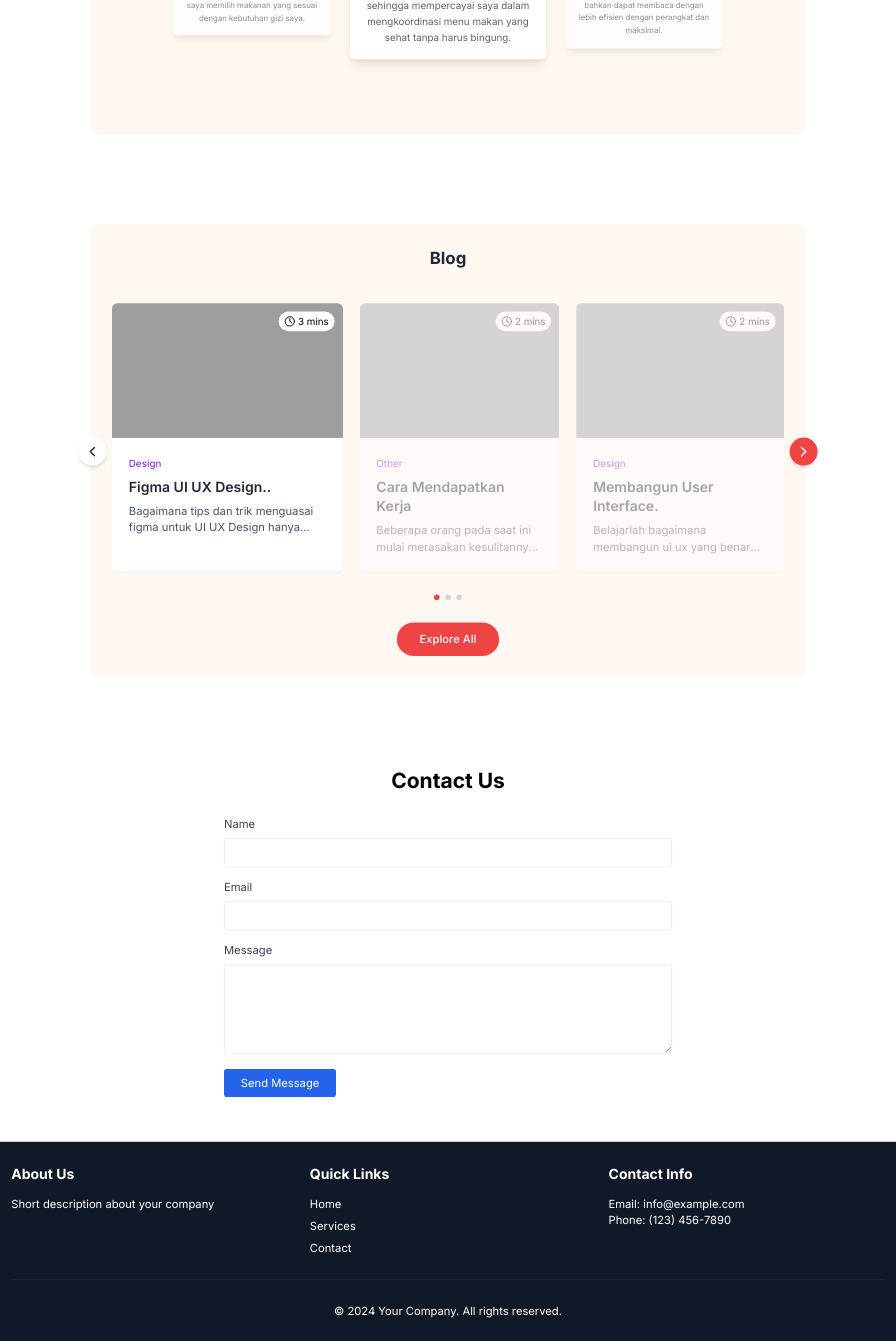
Repository: kalorizeofficial/new-main-web-kalorize
Page: /
The author's editor kept a copy of each file at every save. The page is drawn from the files as they stood at one save, then again after the next save.
The browser window is 1280 px wide. The pictures show the part of the page from y = 923 to 2843 px (the page is 2839 px tall before and 2843 px after), at 70% of full size.
Pictures or frames that could not be fetched are drawn as grey boxes. The project was rebuilt for these pictures with package versions that can differ from the ones it lists, and the page was loaded fresh each time.

Above is the page before, as saved 2025-02-23 15:27:16.

### src/index.css
@import url("https://fonts.googleapis.com/css2?family=Inter:wght@100;200;300;400;500;600;700;800;900&display=swap");
@tailwind base;
@tailwind components;
@tailwind utilities;

### src/App.jsx
import Navbar from "./components/layout/Navbar";
import Partner from "./pages/partner";
import Testimoni from "./pages/testimoni";
import Blog from "./pages/blog";
import Contact from "./pages/contact";
import Footer from "./components/layout/Footer";

function App() {
  return (
    <div className="min-h-screen flex flex-col">
      <Navbar />
      <main className="flex-grow">
        <Partner />
        <Testimoni />
        <Blog />
        <Contact />
      </main>
      <Footer />
    </div>
  );
}

export default App;

### src/components/layout/Navbar.jsx

function Navbar() {
  return (
    <nav class="bg-white border-gray-200 dark:bg-gray-900">
    <div class="max-w-screen-xl flex flex-wrap items-center justify-between mx-auto p-4">
        <a href="https://flowbite.com/" class="flex items-center space-x-3 rtl:space-x-reverse">
            <img src="https://flowbite.com/docs/images/logo.svg" class="h-8" alt="Flowbite Logo" />
            <span class="self-center text-2xl font-semibold whitespace-nowrap dark:text-white">Flowbite</span>
        </a>
        <button data-collapse-toggle="navbar-default" type="button" class="inline-flex items-center p-2 w-10 h-10 justify-center text-sm text-gray-500 rounded-lg md:hidden hover:bg-gray-100 focus:outline-none focus:ring-2 focus:ring-gray-200 dark:text-gray-400 dark:hover:bg-gray-700 dark:focus:ring-gray-600" aria-controls="navbar-default" aria-expanded="false">
            <span class="sr-only">Open main menu</span>
            <svg class="w-5 h-5" aria-hidden="true" xmlns="http://www.w3.org/2000/svg" fill="none" viewBox="0 0 17 14">
                <path stroke="currentColor" stroke-linecap="round" stroke-linejoin="round" stroke-width="2" d="M1 1h15M1 7h15M1 13h15"/>
            </svg>
        </button>
        <div class="hidden w-full md:block md:w-auto" id="navbar-default">
        <ul class="font-medium flex flex-col p-4 md:p-0 mt-4 border border-gray-100 rounded-lg bg-gray-50 md:flex-row md:space-x-8 rtl:space-x-reverse md:mt-0 md:border-0 md:bg-white dark:bg-gray-800 md:dark:bg-gray-900 dark:border-gray-700">
            <li>
            <a href="#" class="block py-2 px-3 text-white bg-blue-700 rounded-sm md:bg-transparent md:text-blue-700 md:p-0 dark:text-white md:dark:text-blue-500" aria-current="page">Home</a>
            </li>
            <li>
            <a href="#" class="block py-2 px-3 text-gray-900 rounded-sm hover:bg-gray-100 md:hover:bg-transparent md:border-0 md:hover:text-blue-700 md:p-0 dark:text-white md:dark:hover:text-blue-500 dark:hover:bg-gray-700 dark:hover:text-white md:dark:hover:bg-transparent">About</a>
            </li>
            <li>
            <a href="#" class="block py-2 px-3 text-gray-900 rounded-sm hover:bg-gray-100 md:hover:bg-transparent md:border-0 md:hover:text-blue-700 md:p-0 dark:text-white md:dark:hover:text-blue-500 dark:hover:bg-gray-700 dark:hover:text-white md:dark:hover:bg-transparent">Services</a>
            </li>
            <li>
            <a href="#" class="block py-2 px-3 text-gray-900 rounded-sm hover:bg-gray-100 md:hover:bg-transparent md:border-0 md:hover:text-blue-700 md:p-0 dark:text-white md:dark:hover:text-blue-500 dark:hover:bg-gray-700 dark:hover:text-white md:dark:hover:bg-transparent">Pricing</a>
            </li>
            <li>
            <a href="#" class="block py-2 px-3 text-gray-900 rounded-sm hover:bg-gray-100 md:hover:bg-transparent md:border-0 md:hover:text-blue-700 md:p-0 dark:text-white md:dark:hover:text-blue-500 dark:hover:bg-gray-700 dark:hover:text-white md:dark:hover:bg-transparent">Contact</a>
            </li>
        </ul>
        </div>
    </div>
    </nav>
  );
}

export default Navbar;

### src/pages/partner.jsx
const Partner = () => {
  const partners = [
    {
      name: "Zoom",
      logo: "/images/partners/zoom.png",
    },
    {
      name: "Adobe Creative Cloud",
      logo: "/images/partners/adobe.png",
    },
    {
      name: "Slack",
      logo: "/images/partners/slack.png",
    },
    {
      name: "Dropbox",
      logo: "/images/partners/dropbox.png",
    },
    {
      name: "Google Drive",
      logo: "/images/partners/gdrive.png",
    },
  ];

  return (
    <section className="pt-[164px] pb-20 px-4">
      <h2 className="text-[24px] font-extrabold leading-[100%] text-center text-[#565656] mb-12">
        Partner Kami
      </h2>

      <div className="max-w-8xl mx-auto">
        <div className="flex flex-wrap justify-center items-center gap-20">
          {partners.map((partner, index) => (
            <div key={index} className="relative py-4">
              <img
                src={partner.logo}
                alt={`${partner.name} logo`}
                className="w-[140px] h-[140px] min-w-full min-h-full object-contain transition-shadow duration-200 hover:shadow-xl rounded-[25px]"
              />
            </div>
          ))}
        </div>
      </div>
    </section>
  );
};

export default Partner;

### src/pages/testimoni.jsx
import React, { useState } from "react";
import { ChevronLeft, ChevronRight } from "lucide-react";

const Testimonial = () => {
  const [currentSlide, setCurrentSlide] = useState(0);

  const testimonials = [
    {
      name: "Jessica Andrew",
      role: "Wiraswasta",
      image: "/images/testerProfile/24px.png",
      content:
        "Sebagai seseorang yang sibuk, sehingga mempercayai saya dalam mengkoordinasi menu makan yang sehat tanpa harus bingung.",
    },
    {
      name: "Darlene Robertson",
      role: "Mahasiswa",
      image: "/images/testerProfile/24px.png",
      content:
        "Saya tidak pernah menyangka bisa mendapatkan sebuah yang bagus, bahkan dapat membaca dengan lebih efisien dengan perangkat dan maksimal.",
    },
    {
      name: "John Doe",
      role: "PetaniSPM",
      image: "/images/testerProfile/24px.png",
      content:
        "Kamilah benar benar membantu saya memilih makanan yang sesuai dengan kebutuhan gizi saya.",
    },
  ];

  const nextSlide = () => {
    setCurrentSlide((prev) => (prev + 1) % testimonials.length);
  };

  const prevSlide = () => {
    setCurrentSlide(
      (prev) => (prev - 1 + testimonials.length) % testimonials.length
    );
  };

  return (
    <section className="py-16 bg-white">
      <section className="max-w-5xl mx-auto bg-[#FFF7F2] rounded-2xl px-8 py-8">
        <div className="max-w-4xl mx-auto">
          <h2 className="text-[24px] font-bold text-center text-[#1F1C14] mb-0">
            Dipercaya oleh Ribuan Pelanggan di Indonesia
          </h2>

          <div className="relative">
            <button
              onClick={prevSlide}
              className="absolute -left-8 top-1/2 -translate-y-1/2 bg-[#413D66] rounded-full p-1.5 shadow-md hover:bg-opacity-90 z-20"
            >
              <ChevronLeft className="w-5 h-5 text-white" />
            </button>

            <button
              onClick={nextSlide}
              className="absolute -right-8 top-1/2 -translate-y-1/2 bg-[#413D66] rounded-full p-1.5 shadow-md hover:bg-opacity-90 z-20"
            >
              <ChevronRight className="w-5 h-5 text-white" />
            </button>

            <div className="overflow-hidden">
              <div className="flex items-center justify-center min-h-[400px]">
                <div className="flex gap-2 items-center justify-center">
                  {testimonials.map((testimonial, index) => {
                    let position = index - currentSlide;
                    if (position < 0) {
                      position += testimonials.length;
                    }

                    const isActive = index === currentSlide;
                    const isPrev = position === testimonials.length - 1;
                    const isNext = position === 1;

                    return (
                      <div
                        key={index}
                        className="absolute transition-all duration-500 w-[280px]"
                        style={{
                          transform: `translateX(${
                            position === 0
                              ? "0%"
                              : position === 1
                              ? "100%"
                              : position === testimonials.length - 1
                              ? "-100%"
                              : "200%"
                          }) scale(${isActive ? 1 : 0.8})`,
                          opacity: isActive ? 1 : isPrev || isNext ? 0.7 : 0,
                          zIndex: isActive ? 10 : 0,
                        }}
                      >
                        <div className="bg-white rounded-lg px-5 py-5 shadow-lg text-center">
                          <div className="flex flex-col items-center">
                            <img
                              src={testimonial.image}
                              alt={testimonial.name}
                              className="w-[48px] h-[48px] rounded-full object-cover mb-2"
                            />
                            <h3 className="font-semibold text-gray-800 text-base mb-1">
                              {testimonial.name}
                            </h3>
                            <p className="text-gray-600 text-xs font-medium mb-4">
                              {testimonial.role}
                            </p>
                            <p className="text-[#1F1C14B2] text-sm leading-relaxed">
                              {testimonial.content}
                            </p>
                          </div>
                        </div>
                      </div>
                    );
                  })}
                </div>
              </div>
            </div>
          </div>
        </div>
      </section>
    </section>
  );
};

export default Testimonial;

### src/pages/blog.jsx
import React, { useState } from "react";
import { Clock, ChevronLeft, ChevronRight } from "lucide-react";

const Blog = () => {
  const [currentSlide, setCurrentSlide] = useState(0);

  const blogPosts = [
    {
      image: "/images/blog/blog1.jpg",
      category: "Design",
      title: "Figma UI UX Design..",
      description:
        "Bagaimana tips dan trik menguasai figma untuk UI UX Design hanya dengan hitungan jam saja",
      readTime: "3 mins",
    },
    {
      image: "/images/blog/blog2.jpg",
      category: "Other",
      title: "Cara Mendapatkan Kerja",
      description:
        "Beberapa orang pada saat ini mulai merasakan kesulitannya dalam mencari kerja",
      readTime: "2 mins",
    },
    {
      image: "/images/blog/blog3.jpg",
      category: "Design",
      title: "Membangun User Interface.",
      description:
        "Belajarlah bagaimana membangun ui ux yang benar berdasarkan panduan yang ada",
      readTime: "2 mins",
    },
  ];

  const nextSlide = () => {
    setCurrentSlide((prev) => (prev + 1) % blogPosts.length);
  };

  const prevSlide = () => {
    setCurrentSlide((prev) => (prev - 1 + blogPosts.length) % blogPosts.length);
  };

  const goToSlide = (index) => {
    setCurrentSlide(index);
  };

  return (
    <section className="py-16 px-4">
      <div className="max-w-5xl mx-auto bg-[#FFF7F2] rounded-2xl px-8 py-8">
        <h2 className="text-2xl font-bold text-center text-gray-800 mb-12">
          Blog
        </h2>

        <div className="relative">
          <div className="flex gap-6 mb-8">
            {blogPosts.map((post, index) => (
              <div
                key={index}
                className={`bg-white rounded-lg overflow-hidden shadow-sm transition-opacity duration-300 ${
                  index === currentSlide ? "opacity-100" : "opacity-40"
                }`}
              >
                <div className="relative">
                  <img
                    src={post.image}
                    alt={post.title}
                    className="w-full h-48 object-cover"
                  />
                  <div className="absolute top-3 right-3 bg-white rounded-full px-2 py-1 flex items-center gap-1">
                    <Clock className="w-4 h-4" />
                    <span className="text-sm">{post.readTime}</span>
                  </div>
                </div>

                <div className="p-6">
                  <span className="text-purple-600 text-sm font-medium">
                    {post.category}
                  </span>
                  <h3 className="mt-2 text-xl font-semibold text-gray-800">
                    {post.title}
                  </h3>
                  <p className="mt-2 text-gray-600 line-clamp-2">
                    {post.description}
                  </p>
                </div>
              </div>
            ))}
          </div>

          {/* Navigation Dots */}
          <div className="flex justify-center gap-2 mb-8">
            {blogPosts.map((_, index) => (
              <button
                key={index}
                onClick={() => goToSlide(index)}
                className={`w-2 h-2 rounded-full transition-colors ${
                  index === currentSlide ? "bg-red-500" : "bg-gray-300"
                }`}
              />
            ))}
          </div>

          {/* Navigation Arrows */}
          <button
            onClick={prevSlide}
            className="absolute left-0 top-1/2 -translate-y-1/2 -translate-x-12 bg-white rounded-full p-2 shadow-md hover:bg-gray-50 text-gray-800"
          >
            <ChevronLeft className="w-6 h-6" />
          </button>

          <button
            onClick={nextSlide}
            className="absolute right-0 top-1/2 -translate-y-1/2 translate-x-12 bg-red-500 rounded-full p-2 shadow-md hover:bg-red-600 text-white"
          >
            <ChevronRight className="w-6 h-6" />
          </button>
        </div>

        {/* Explore All Button */}
        <div className="text-center mt-8">
          <button className="bg-red-500 text-white px-8 py-3 rounded-full font-medium hover:bg-red-600 transition-colors">
            Explore All
          </button>
        </div>
      </div>
    </section>
  );
};

export default Blog;

### src/pages/contact.jsx
function Contact() {
  return (
    <section className="bg-white py-16">
      <div className="container mx-auto px-4 max-w-2xl">
        <h2 className="text-3xl font-bold text-center mb-8">Contact Us</h2>
        <form className="space-y-4">
          <div>
            <label className="block text-gray-700 mb-2">Name</label>
            <input type="text" className="w-full p-2 border rounded" />
          </div>
          <div>
            <label className="block text-gray-700 mb-2">Email</label>
            <input type="email" className="w-full p-2 border rounded" />
          </div>
          <div>
            <label className="block text-gray-700 mb-2">Message</label>
            <textarea className="w-full p-2 border rounded h-32"></textarea>
          </div>
          <button
            type="submit"
            className="bg-blue-600 text-white px-6 py-2 rounded"
          >
            Send Message
          </button>
        </form>
      </div>
    </section>
  );
}

export default Contact;

### src/components/layout/Footer.jsx
function Footer() {
  return (
    <footer className="bg-gray-900 text-white py-8">
      <div className="container mx-auto px-4">
        <div className="grid grid-cols-1 md:grid-cols-3 gap-8">
          <div>
            <h3 className="text-xl font-bold mb-4">About Us</h3>
            <p>Short description about your company</p>
          </div>
          <div>
            <h3 className="text-xl font-bold mb-4">Quick Links</h3>
            <ul className="space-y-2">
              <li>
                <a href="#" className="hover:text-blue-400">
                  Home
                </a>
              </li>
              <li>
                <a href="#" className="hover:text-blue-400">
                  Services
                </a>
              </li>
              <li>
                <a href="#" className="hover:text-blue-400">
                  Contact
                </a>
              </li>
            </ul>
          </div>
          <div>
            <h3 className="text-xl font-bold mb-4">Contact Info</h3>
            <p>Email: info@example.com</p>
            <p>Phone: (123) 456-7890</p>
          </div>
        </div>
        <div className="text-center mt-8 pt-8 border-t border-gray-800">
          <p>&copy; 2024 Your Company. All rights reserved.</p>
        </div>
      </div>
    </footer>
  );
}

export default Footer;

### tailwind.config.js
/** @type {import('tailwindcss').Config} */
module.exports = {
  content: ["./src/**/*.{js,jsx,ts,tsx}"],
  theme: {
    extend: {
      fontFamily: {
        sans: ["Inter", "sans-serif"],
      },
    },
  },
  plugins: [],
};

Loaded but not shown: public/index.html (common file); src/index.js (common file)

After the next save:
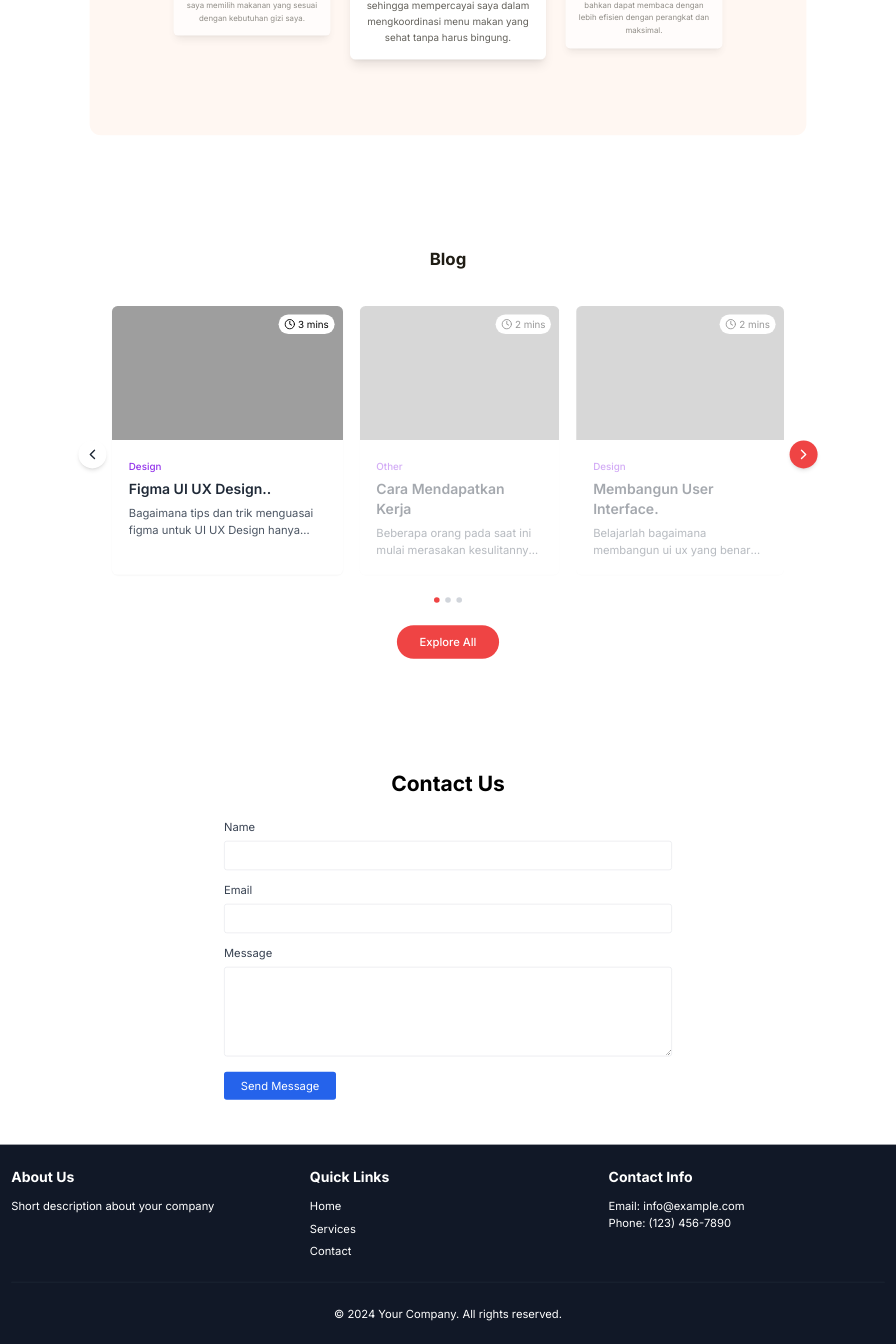
Saved 86 s later.
--- a/src/pages/blog.jsx
+++ b/src/pages/blog.jsx
@@ -45,8 +45,8 @@
 
   return (
     <section className="py-16 px-4">
-      <div className="max-w-5xl mx-auto bg-[#FFF7F2] rounded-2xl px-8 py-8">
-        <h2 className="text-2xl font-bold text-center text-gray-800 mb-12">
+      <div className="max-w-5xl mx-auto rounded-2xl px-8 py-8">
+        <h2 className="text-[24px] font-bold text-center text-[#1F1C14] mb-12">
           Blog
         </h2>
 
